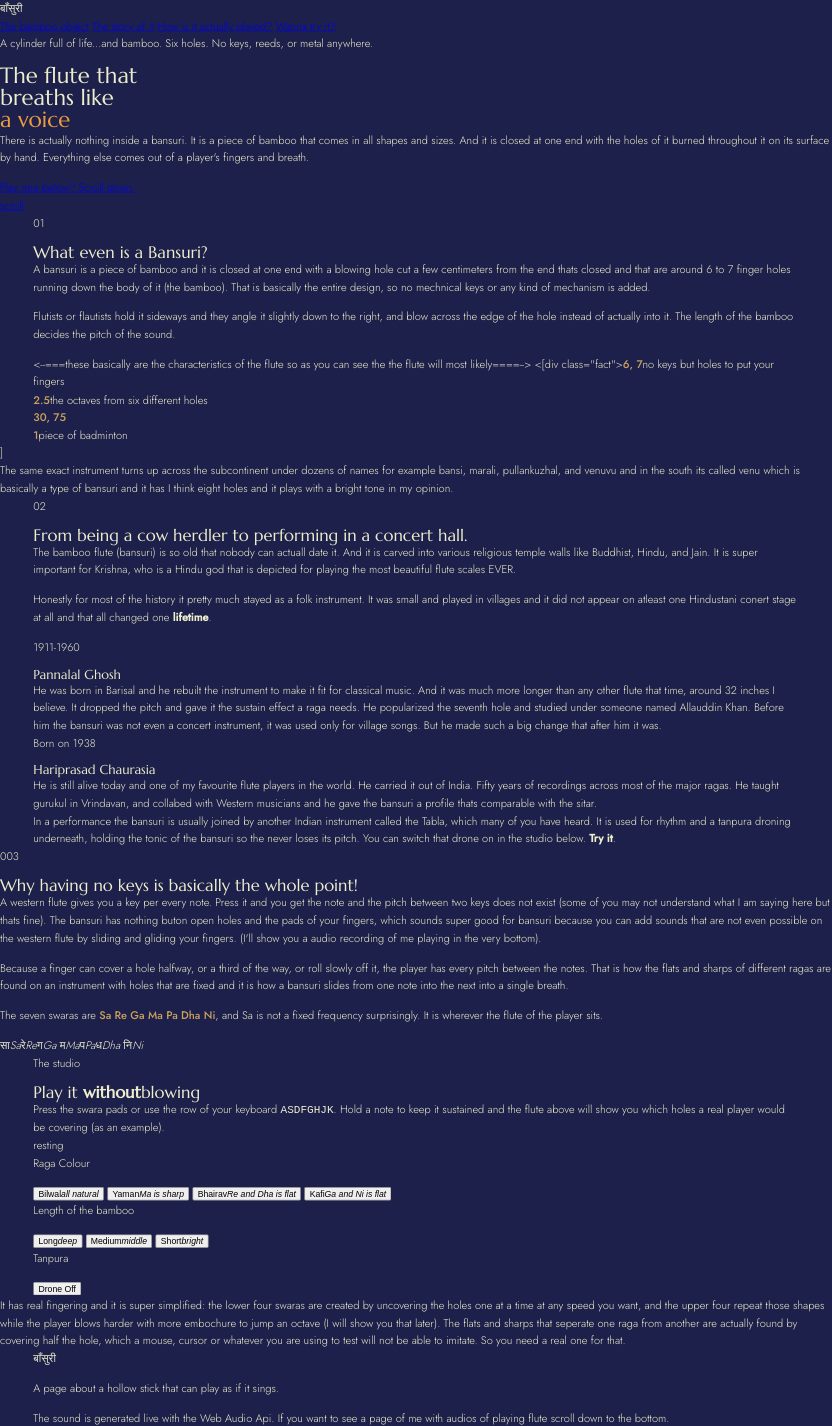
Repository: manayparikh1/Bansi
Page: index.html
These files come from the project's save history. The page is drawn as it stood at one moment and after the next save; the edit follows.
The browser window is 1280 px wide. The pictures show the whole page, at 65% of full size.

Above is the page before, as saved 2026-09-19 22:21:33.

### index.html
<!DOCTYPE html>
<html lang="en">

<head>
    <meta charset="utf-8">
    <meta name="viewport" content="width=device-width, initial-scale=2.0">
    <title>Bansuri ——— the flute with NO keys</title>
    <link rel="preconnect" href="https://fonts.googleapis.com">
    <link rel="preconnect" href="https://fonts.gstatic.com" crossorigin>
    <link href="https://fonts.googleapis.com/css2?family=Marcellus&family=Jost:wght@300;400;500&display=swap"
        rel="stylesheet">
    <link rel="stylesheet" href="style.css">
</head>

<body>
    <div class="stars"></div>
    <nav class="bar">
        <span class="mark">बाँसुरी</span>
        <div class="links">
            <a href="#what">The bamboo object</a>
            <a href="#story">The story of it</a>
            <a href="#play">How is it actually played?</a>
            <a href="#studio" class="hot">Wanna try it?</a>
        </div>
    </nav>
    <!-- ===Hero=== -->
    <header class="hero" id="top">
        <div class="hero-inner">
            <p class="eyebrow">A cylinder full of life...and bamboo. Six holes. No keys, reeds, or metal anywhere.</p>
            <h1>The flute that<br>breaths like<br><em>a voice</em></h1>
            <p class="stand">
                There is actually nothing inside a bansuri. It is a piece of bamboo that comes in all shapes and sizes.
                And it is closed at one end with the holes of it burned throughout it on its surface by hand. Everything
                else comes out of a player's fingers and breath.
            </p>
            <a class="cta" href="#studio">Play one below? Scroll down.</a>
        </div>

        <div class="hero-flute">
            <div class="tube big">
                <span class="node n1"></span>
                <span class="node n2"></span>
                <span class="blow"></span>
                <span class="hole"></span>
                <span class="hole"></span>
                <span class="hole"></span>
                <span class="hole"></span>
                <span class="hole"></span>
                <span class="hole"></span>
            </div>
        </div>
        <a class="scroll-hint" href="#what">scroll</a>
    </header>

    <!-- ==1. the object-->
    <section class="band" id="what">
        <div class="wrap two-col">
            <div class="col-head">
                <p class="num">01</p>
                <h2>What even is a Bansuri?</h2>
            </div>
            <div class="col-body">
                <p class="lead">
                    A bansuri is a piece of bamboo and it is closed at one end with a blowing hole cut a few centimeters
                    from the end thats closed and that are around 6 to 7 finger holes running down the body of it (the
                    bamboo). That is basically the entire design, so no mechnical keys or any kind of mechanism is
                    added.
                </p>
                <p>
                    Flutists or flautists hold it sideways and they angle it slightly down to the right, and blow across
                    the edge of the hole instead of actually into it. The length of the bamboo decides the pitch of the
                    sound.
                </p>
                <--===these basically are the characteristics of the flute so as you can see the the flute will most
                    likely====-->
                    <[div class="fact"><b>6, 7</b><span>no keys but holes to put your fingers
                        </span>
            </div>
            <div class="fact"><b>2.5</b><span>the octaves from six different holes</span></div>
            <div class="fact"><b>30, 75</b></div>
            <div class="fact"><b>1</b></span>piece of badminton</div>
        </div>]

        <p class="aside-note">
            The same exact instrument turns up across the subcontinent under dozens of names for example bansi, marali,
            pullankuzhal, and venuvu and in the south its called venu which is basically a type of bansuri and it has I
            think eight holes and it plays with a bright tone in my opinion.
        </p>
        </div>
        </div>
    </section>
    <!-- == 2.story -->
    <section class="band tint" id="story">
        <div class="wrap two-col">
            <div class="col-head">
                <p class="num">02</p>
                <h2>From being a cow herdler to performing in a concert hall.</h2>
            </div>
            <div class="col-body">
                <p class="hello">
                    The bamboo flute (bansuri) is so old that nobody can actuall date it. And it is carved into various
                    religious temple walls like Buddhist, Hindu, and Jain. It is super important for Krishna, who is a
                    Hindu god that is depicted for playing the most beautiful flute scales EVER.
                </p>
                <p>
                    Honestly for most of the history it pretty much stayed as a folk instrument. It was small and played
                    in villages and it did not appear on atleast one Hindustani conert stage at all and that all changed
                    one <strong>lifetime</strong>.
                </p>

                <div class="people">
                    <div class="person">
                        <p class="years">1911-1960</p>
                        <h3>Pannalal Ghosh</h3>
                        <p>
                            He was born in Barisal and he rebuilt the instrument to make it fit for classical music. And
                            it was much more longer than any other flute that time, around 32 inches I believe. It
                            dropped the pitch and gave it the sustain effect a raga needs. He popularized the seventh
                            hole and studied under someone named Allauddin Khan. Before him the bansuri was not even a
                            concert instrument, it was used only for village songs. But he made such a big change that
                            after him it was.
                        </p>
                    </div>
                    <div class="person">
                        <p class="years">Born on 1938</p>
                        <h3>Hariprasad Chaurasia</h3>
                        <p>
                            He is still alive today and one of my favourite flute players in the world. He carried it
                            out of India. Fifty years of recordings across most of the major ragas. He taught gurukul in
                            Vrindavan, and collabed with Western musicians and he gave the bansuri a profile thats
                            comparable with the sitar.
                        </p>
                    </div>
                </div>
                <p class="tabla">
                    In a performance the bansuri is usually joined by another Indian instrument called the Tabla, which
                    many of you have heard. It is used for rhythm and a tanpura droning underneath, holding the tonic of
                    the bansuri so the never loses its pitch. You can switch that drone on in the studio below.
                    <strong>Try it</strong>.
                </p>
            </div>
        </div>
    </section>
    <!--==3. how is it ac played-->
    <section class="band" id="play" <div class="wrap two-col">

        <div class="col-head" <p class="num">003</p>
            <h2>Why having no keys is basically the whole point!</h2>
            <div>
                <div class="col-body">
                    <p class="lead">
                        A western flute gives you a key per every note. Press it and you get the note and the pitch
                        between two keys does not exist (some of you may not understand what I am saying here but thats
                        fine). The bansuri has nothing buton open holes and the pads of your fingers, which sounds super
                        good for bansuri because you can add sounds that are not even possible on the western flute by
                        sliding and gliding your fingers. (I'll show you a audio recording of me playing in the very
                        bottom).
                    </p>
                    <p>
                        Because a finger can cover a hole halfway, or a third of the way, or roll slowly off it, the
                        player has every pitch between the notes. That is how the flats and sharps of different ragas
                        are found on an instrument with holes that are fixed and it is how a bansuri slides from one
                        note into the next into a single breath.
                    </p>
                    <p>
                        The seven swaras are <b>Sa Re Ga Ma Pa Dha Ni</b>, and Sa is not a fixed frequency surprisingly.
                        It is wherever the flute of the player sits.
                    </p>
                    <div class="rowforswaras">
                        <span>सा<i>Sa</i></span><span>रे<i>Re</i></span><span>ग<i>Ga</i></span>
                        <span>म<i>Ma</i></span><span>प<i>Pa</i></span><span>ध<i>Dha</i></span>
                        <span>नि<i>Ni</i></span>
                    </div>
                </div>
            </div>
    </section>
    <!-- ===4.Studio=== -->
    <section class="thestudio" id="thestudio">
        <div class="wrap">
            <header class="studio-head">
                <p class="gold">The studio</p>
                <h2>Play it <strong>without</strong>blowing</h2>
                <p class="studiosub">
                    Press the swara pads or use the row of your keyboard
                    <kbd>A</kbd><kbd>S</kbd><kbd>D</kbd><kbd>F</kbd><kbd>G</kbd><kbd>H</kbd><kbd>J</kbd><kbd>K</kbd>.
                    Hold a note to keep it sustained and the flute above will show you which holes a real player would
                    be covering (as an example).
                </p>
            </header>
            <!-- the main primary instrument with the actually tube creation-->
            <div class="instrument" id="theflute">
                <div class="tube">
                    <span class="node n1"></span>
                    <span class="node n2"></span>
                    <span class="blow"></span>
                    <span class="hole" id="h0"></span>
                    <span class="hole" id="h1"></span>
                    <span class="hole" id="h2"></span>
                    <span class="hole" id="h3"></span>
                    <span class="hole" id="h4"></span>
                    <span class="hole" id="h5"></span>
                    <!-- only these much holes are enough because its good for beginners. -->
                </div>
                <p class="breath" id="breath">resting</p>
            </div>
            <!-- Controls -->
            <div class="thedesk">
                <div class="set">
                    <p class="set-label">Raga Colour</p>
                    <div class="thechips" id="thaats">
                        <button type="button" class="chip on" data-thaat="bilwal">Bilwal<i>all natural</i></button>
                        <button type="button" class="chip" data-thaat="yaman">Yaman<i>Ma is sharp</i></button>
                        <button type="button" class="chip" data-thaat="bhairav">Bhairav<i>Re and Dha is flat</i>
                        </button>
                        <button type="button" class="chip" data-thaat="kafi">Kafi<i>Ga and Ni is flat</i></button>
                    </div>
                </div>
                <div class="set">
                    <!-- testing straight from my flute -->
                </div>
                <p class="set-label">Length of the bamboo</p>
                <div class="thechips" id="sizes">
                    <button type="button" class="chip" data-base="220.00">Long<i>deep</i></button>
                    <button type="button" class="chip on" data-base="293.66">Medium<i>middle</i></button>
                    <button type="button" class="chip" data-base="392.00">Short<i>bright</i></button>
                </div>
            </div>
            <div class="set">
                <p class="set-label">Tanpura</p>
                <div class="thechips">
                    <button type="button" class="chip" id="drone">Drone Off</button>
                </div>
            </div>
        </div>
        <!-- Swara pads for the fingerings virtual padss-->
        <div class="thepads" id="thepads"></div>
        <p class="thefootnote">
            It has real fingering and it is super simplified: the lower four swaras are created by uncovering the holes
            one at a time at any speed you want, and the upper four repeat those shapes while the player blows harder
            with more embochure to jump an octave (I will show you that later). The flats and sharps that seperate one
            raga from another are actually found by covering half the hole, which a mouse, cursor or whatever you are
            using to test will not be able to imitate. So you need a real one for that.
        </p>
        </div>
    </section>
    <div class="wrap">
        <!-- this is written in devanagri and it is written the same in hindi and nepali बाँसुरी : flute-->
        <footer class="foot">
            <p class="foot-big">बाँसुरी</p>
            <p>A page about a hollow stick that can play as if it sings.</p>
            <p class="small">
                The sound is generated live with the Web Audio Api. If you want to see a page of me with audios of
                playing flute scroll down to the bottom.
            </p>
    </div>
    </footer>
    <!-- above is gonna be the footer -->
    <script src="app.js"></script>
</body>

</html>

### style.css
:root {
    --night: #1c204a;
    --violet: #30397d;
    --deep: #101644;
    --cream: #ededcc;
    --bamboo: #C9A15c;
    --bamboo2: #C9A15c;
    --marigold: #ec9c40;
    --rose: #f17458;
    --peacock: #49925e;
    --muted: #f2f2f2;
    --wrap: 1360px;
    --pad: clamp(20px, 4vw, 64px);
}

* {
    box-sizing: border-box;
}

html {
    scroll-behavior: smooth;
}

body {
    margin: 0;
    color: var(--cream);
    background: var(--night);
    font-family: 'Jost', Helvetica, Arial, sans-serif;
    font-size: 17px;
    font-weight: 300;
    line-height: 1.6;
    overflow-x: hidden;
}

h1,
h2,
h3 {

    font-family: 'Marcellus', Georgia, serif;
    font-weight: 410;
    margin: 0;
    line-height: 1.0;
}

p {
    margin: 0 0 1.1em;
}

p:last-child {
    margin-bottom: 0;
}

b {
    font-weight: 500;
    color: var(--bamboo);
}

em {
    font-style: normal;
    color: var(--marigold);
}

.wrap {
    width: 100%;
    max-width: var(--wrap);
    margin: 0 auto;
    padding: 0 var(--pad);
}

/*-- the field where stars are gonna be added --*/
.stars {
    position: fixed;
    inset: 0;
    z-index: 0;
    pointer-events: none;

    background-image: radial-gradient(1.4px 1.4px at 13% 18%, rgba(243, 234, 217, 0.55) 50%, transparent 51%),
        radial-gradient(1.2px 1.2px at 34% 63%, rgba(243, 234, 217, 0.4) 50%, transparent 51%),
        radial-gradient(1.6px 1.6px at 58% 24%, rgba(243, 234, 217, 0.5) 50%, transparent 51%),
        radial-gradient(1.2px 1.2px at 77% 69%, rgba(243, 234, 217, 0.36) 50%, transparent 51%),
        radial-gradient(1.5px 1.5px at 90% 35%, rgba(243, 234, 217, 0.45) 50%, transparent 51%),
        radial-gradient(1.2px 1.2px at 25% 85%, rgba(243, 234, 217, 0.35) 50%, transparent 51%),
        radial-gradient(1.3px 1.3px at 66% 88%, rgba(243, 234, 217, 0.39) 50%, transparent 51%),
}

body>*:not(.stars) {
    position: relative;
    z-index: 1;
}

/*-- Nav --*/
.bar {
    position: hidden;
    top: 0;
    z-index: 2;
}






}

Loaded but not shown: app.js (no stored copy; drawn as an empty file)

After the next save:
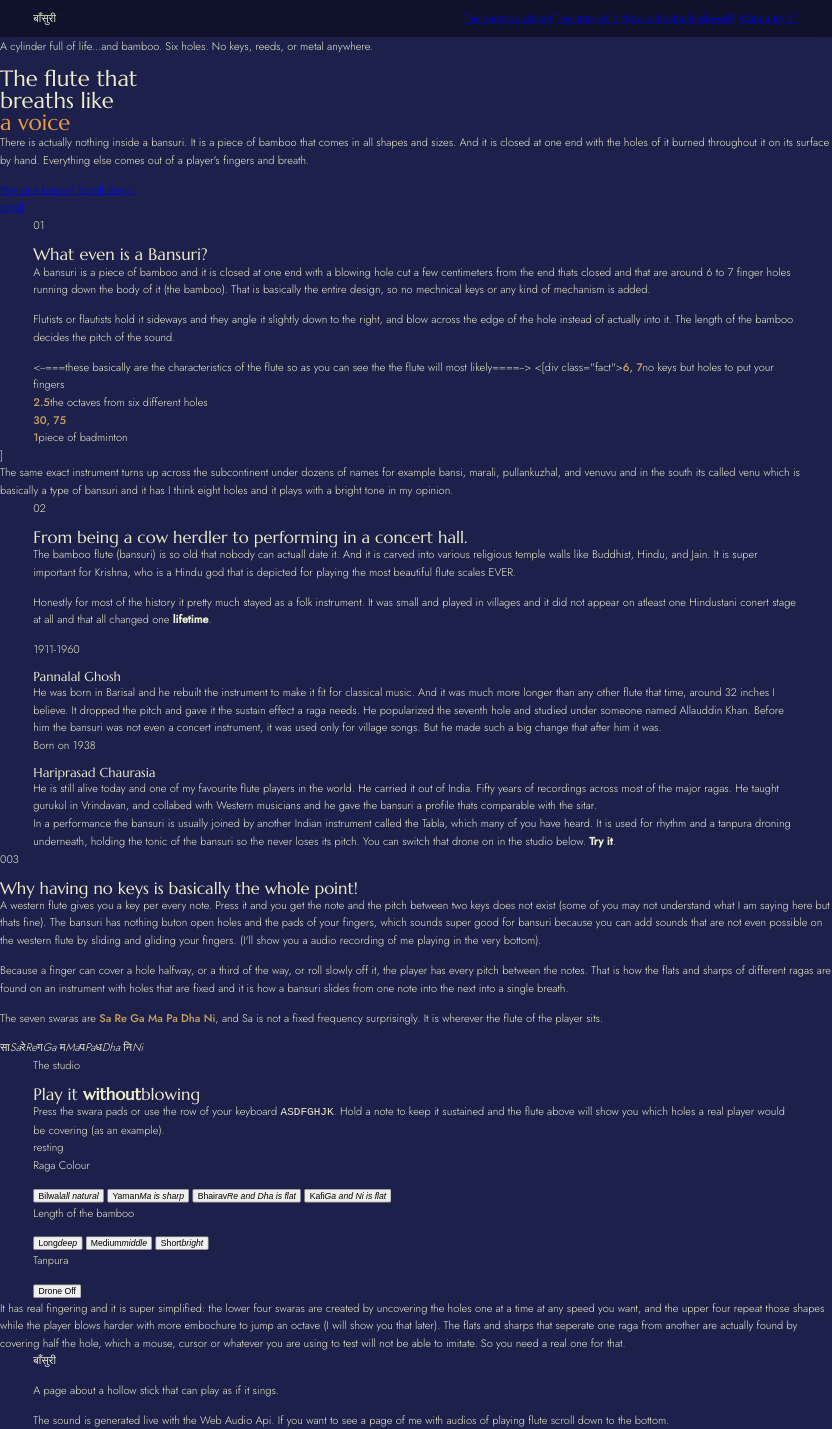
Saved 2 min 13 s later.
--- a/style.css
+++ b/style.css
@@ -90,14 +90,15 @@ body>*:not(.stars) {
 
 /*-- Nav --*/
 .bar {
-    position: hidden;
+    position: sticky;
     top: 0;
-    z-index: 2;
+    z-index: 30;
+    display: flex;
+    justify-content: space-between;
+    align-items: center;
+    gap: 20px;
+    backdrop-filter: blur(8px);
+    border-bottom: 1px solid #2a2a5f;
+    padding: 15px var(--pad);
+    background: rgba(14, 16, 38, 0.878);
 }
-
-
-
-
-
-
-}
